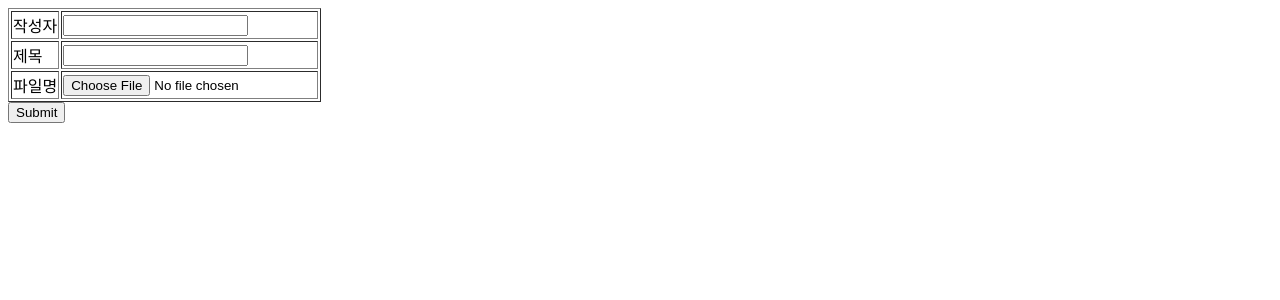
Repository: matodale/StudyJSP
Page: http://localhost/StudyJSP/ch14upload/fileForm.jsp
These files come from the project's save history. The page is drawn as it stood at one moment and after the next save; the edit follows.
The browser window is 1280 px wide. The pictures show the whole page.
The page is served by Tomcat 9. Other server files are loaded and not shown.

Above is the page before, as saved 2022-12-25 10:05:08.

### StudyJSP/src/main/webapp/ch14upload/fileForm.jsp
<%@ page language="java" contentType="text/html; charset=UTF-8"
    pageEncoding="UTF-8"%>
<!DOCTYPE html>
<html>
<head>
<meta charset="UTF-8">
<title>파일 업로드 예제</title>
</head>
<body>
	<form name="fileForm" method="post" enctype="multipart/form-data" action="fileUpload.jsp">
		<table border="1">
			<tr>
				<td>작성자</td>
				<td><input type="text" name="user"></td>
			</tr>
			<tr>
				<td>제목</td>
				<td><input type="text" name="title"></td>
			</tr>
			<tr>
				<td>파일명</td>
				<td><input type="file" name="uploadFile"></td>
			</tr>
		</table>
		<input type="submit" name="파일올리기">
	</form>
</body>
</html>

After the next save:
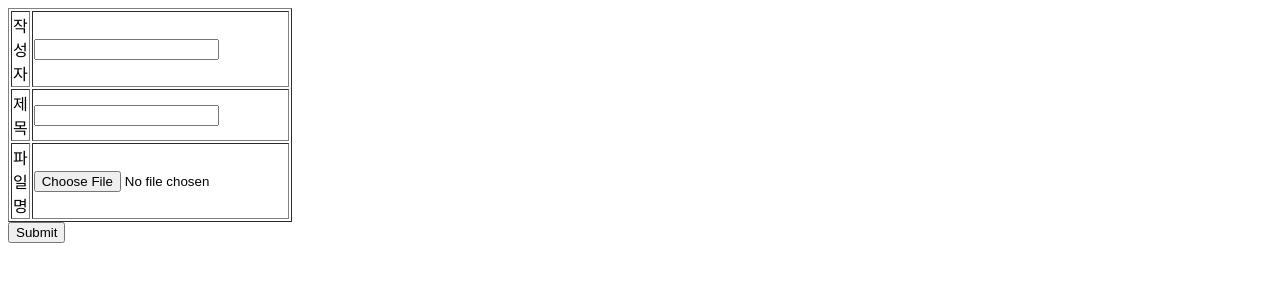
Saved 38 s later.
--- a/StudyJSP/src/main/webapp/ch14upload/fileForm.jsp
+++ b/StudyJSP/src/main/webapp/ch14upload/fileForm.jsp
@@ -8,7 +8,7 @@
 </head>
 <body>
 	<form name="fileForm" method="post" enctype="multipart/form-data" action="fileUpload.jsp">
-		<table border="1">
+		<table border="1" width="100">
 			<tr>
 				<td>작성자</td>
 				<td><input type="text" name="user"></td>

After the save that followed:
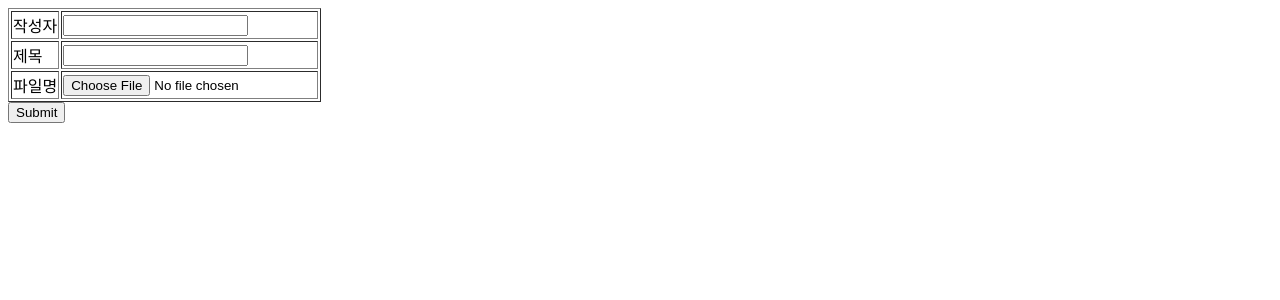
Saved 28 s later.
--- a/StudyJSP/src/main/webapp/ch14upload/fileForm.jsp
+++ b/StudyJSP/src/main/webapp/ch14upload/fileForm.jsp
@@ -8,7 +8,7 @@
 </head>
 <body>
 	<form name="fileForm" method="post" enctype="multipart/form-data" action="fileUpload.jsp">
-		<table border="1" width="100">
+		<table border="1">
 			<tr>
 				<td>작성자</td>
 				<td><input type="text" name="user"></td>
